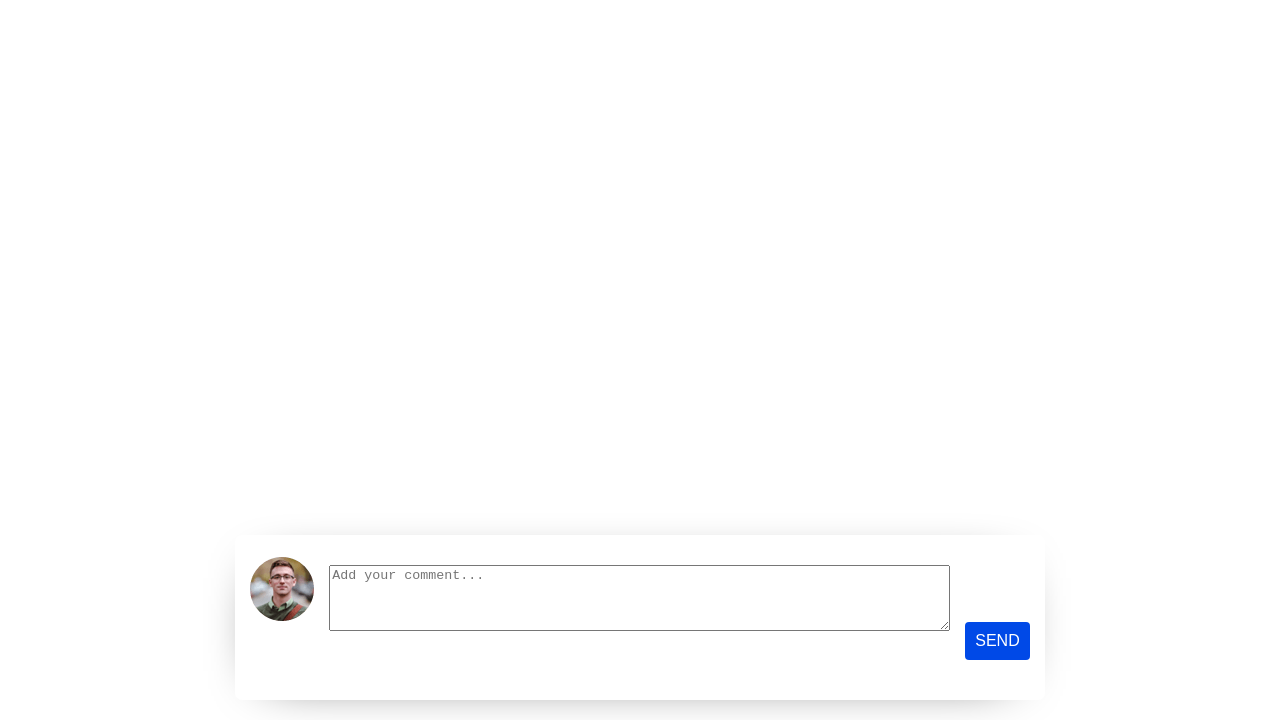
Repository: badhon252/interactive-comments-section
Page: /
An editor plug-in stored every save of this project. The page is shown before and after the next save, followed by the edit.
The browser window is 1280 px wide. The pictures show the whole page.
The project was rebuilt for these pictures with package versions that can differ from the ones it lists, and the page was loaded fresh each time.

Above is the page before, as saved 2022-01-28 15:03:14.

After the next save:
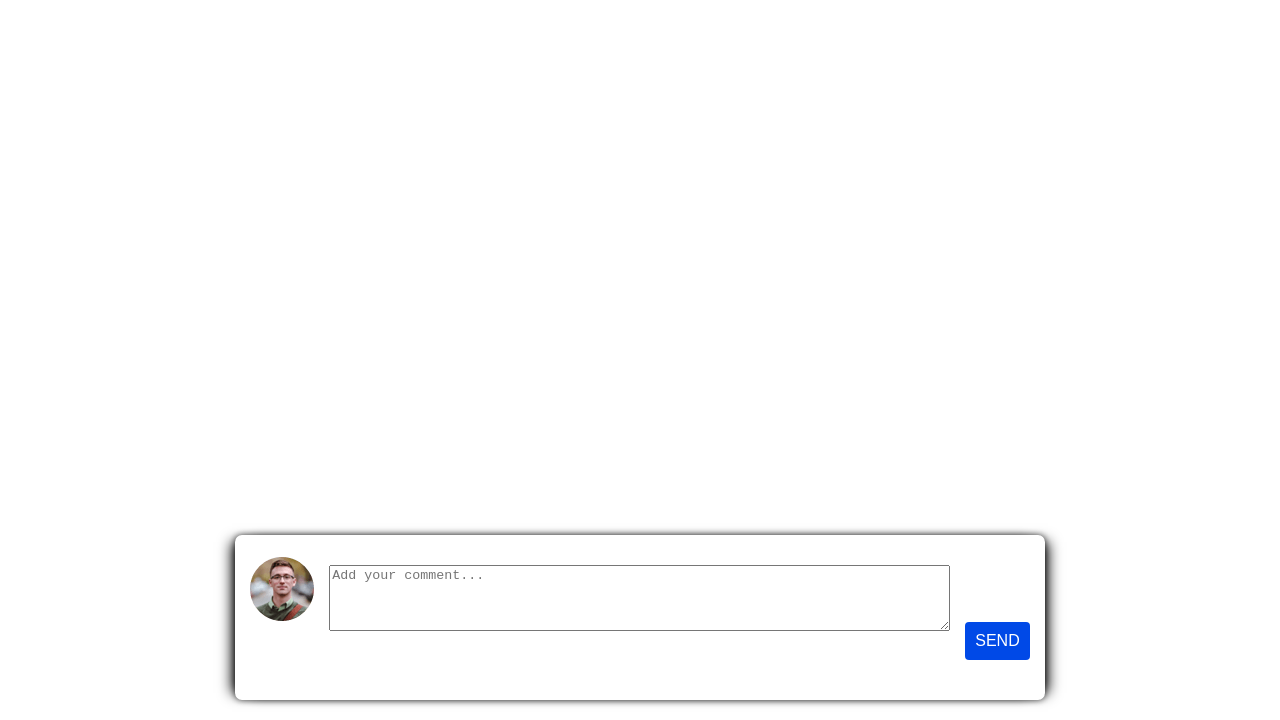
Saved 4 min 59 s later.
--- a/src/App.css
+++ b/src/App.css
@@ -38,9 +38,10 @@ textarea {
 }
 
 .shadow {
-  box-shadow: -3px 7px 54px -36px rgba(0, 0, 0, 1);
-  -webkit-box-shadow: -3px 7px 54px -36px rgba(0, 0, 0, 1);
-  -moz-box-shadow: -3px 7px 54px -36px rgba(0, 0, 0, 1);
+  -webkit-box-shadow: -10px 0px 13px -7px #000000, 10px 0px 13px -7px #000000,
+    0px 0px 6px 0px rgba(0, 0, 0, 0.66);
+  box-shadow: -10px 0px 13px -7px #000000, 10px 0px 13px -7px #000000,
+    0px 0px 6px 0px rgba(0, 0, 0, 0.66);
 }
 
 /* single comment section ==== */
